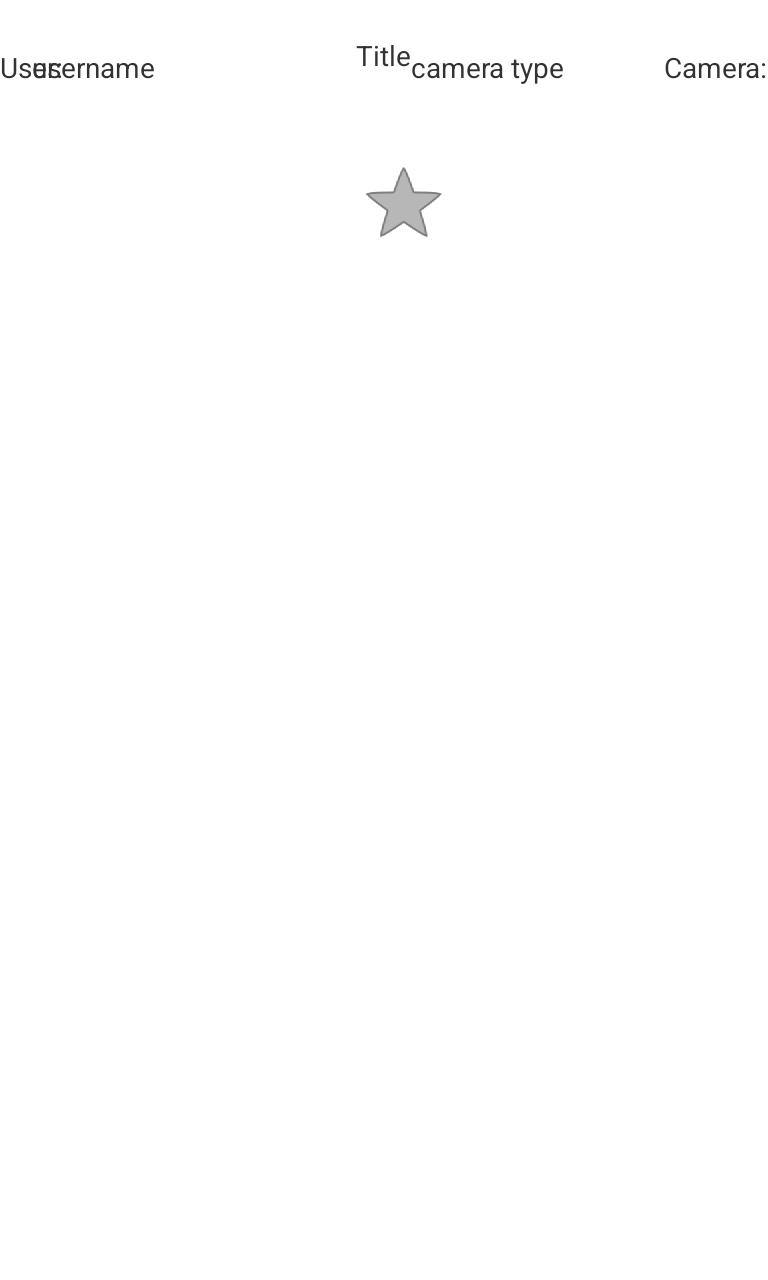
Repository: arianaantonio/Java2_Antonio
Layout: SpaceImageViewer/res/layout/details_activity.xml
The author's editor kept a copy of each file at every save. The layout is drawn from the files as they stood at one save, then again after the next save.
It is drawn on a 768 x 1280 px phone screen (xhdpi) without system bars, with theme AppTheme; the app's code is not run.

Above is the layout before, as saved 2014-07-15 06:56:20.

### SpaceImageViewer/res/layout/details_activity.xml
<?xml version="1.0" encoding="utf-8"?>
<RelativeLayout xmlns:android="http://schemas.android.com/apk/res/android"
    android:layout_width="match_parent"
    android:layout_height="match_parent"
    android:orientation="vertical" >

    <TextView
        android:id="@+id/title"
        android:layout_width="wrap_content"
        android:layout_height="wrap_content"
        android:layout_alignParentTop="true"
        android:layout_centerHorizontal="true"
        android:layout_marginTop="18dp"
        android:text="Title" />

    <RatingBar
        android:id="@+id/ratingBar"
        android:layout_width="wrap_content"
        android:layout_height="wrap_content"
        android:layout_alignLeft="@+id/title"
        android:layout_below="@+id/camera"
        android:layout_marginTop="34dp"
        android:numStars="1"
        android:rating="0.0"
        android:stepSize="1.0" />

    <TextView
        android:id="@+id/user"
        android:layout_width="wrap_content"
        android:layout_height="wrap_content"
        android:layout_alignParentLeft="true"
        android:layout_below="@+id/textView2"
        android:layout_marginTop="24dp"
        android:text="User:" />

    <TextView
        android:id="@+id/userName"
        android:layout_width="wrap_content"
        android:layout_height="wrap_content"
        android:layout_alignBaseline="@+id/user"
        android:layout_alignBottom="@+id/user"
        android:layout_marginLeft="16dp"
        android:layout_toRightOf="@+id/textView1"
        android:text="username" />

    <TextView
        android:id="@+id/camera"
        android:layout_width="wrap_content"
        android:layout_height="wrap_content"
        android:layout_alignBaseline="@+id/user"
        android:layout_alignBottom="@+id/user"
        android:layout_alignParentRight="true"
        android:text="Camera:" />

    <TextView
        android:id="@+id/cameraType"
        android:layout_width="wrap_content"
        android:layout_height="wrap_content"
        android:layout_below="@+id/title"
        android:layout_marginTop="89dp"
        android:layout_alignBaseline="@+id/user"
        android:layout_alignBottom="@+id/user"
        android:layout_toRightOf="@+id/title"
        android:text="camera type" />

</RelativeLayout>

Loaded but not shown: SpaceImageViewer/res/values/styles.xml (common file); SpaceImageViewer/res/values-v11/styles.xml (common file); SpaceImageViewer/res/values-v14/styles.xml (common file)

After the next save:
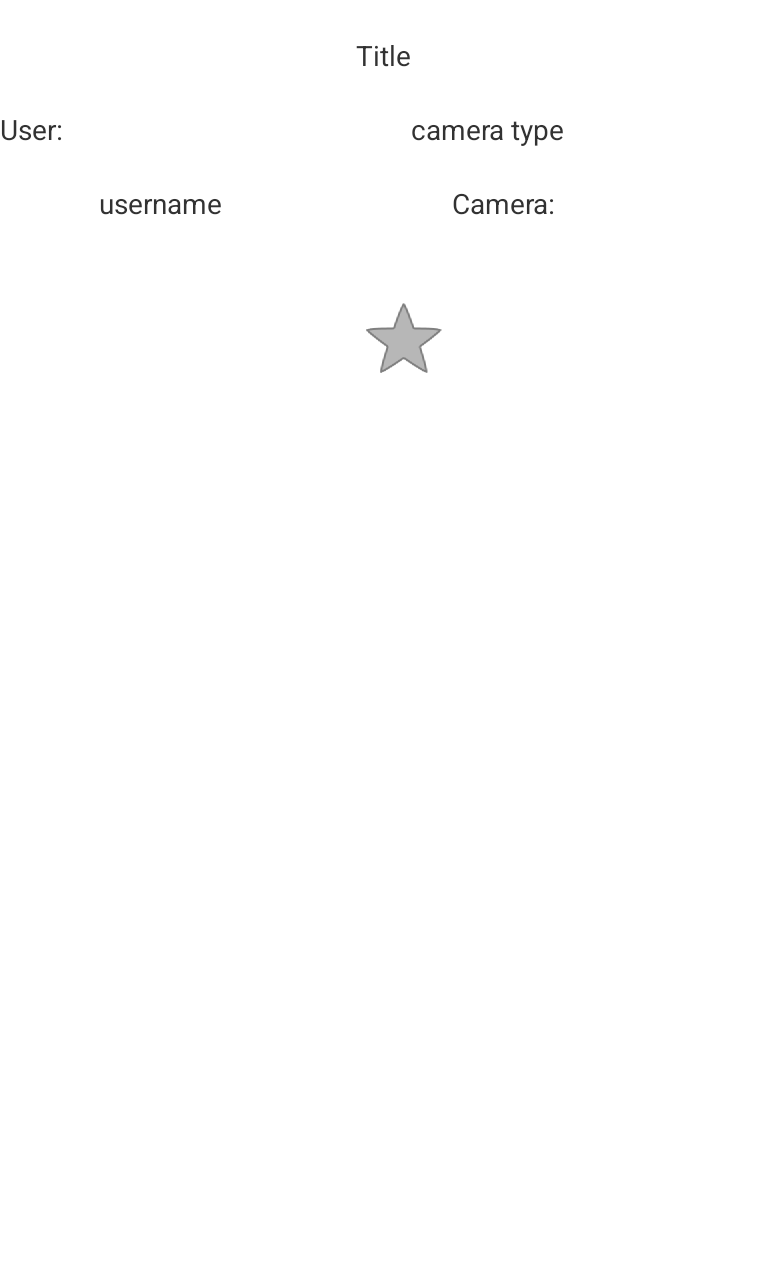
Saved 2 min 56 s later.
--- a/SpaceImageViewer/res/layout/details_activity.xml
+++ b/SpaceImageViewer/res/layout/details_activity.xml
@@ -25,42 +25,40 @@
         android:stepSize="1.0" />
 
     <TextView
+        android:id="@+id/cameraType"
+        android:layout_width="wrap_content"
+        android:layout_height="wrap_content"
+        android:layout_marginTop="18dp"
+        android:layout_alignBaseline="@+id/user"
+        android:layout_alignBottom="@+id/user"
+        android:layout_toRightOf="@+id/title"
+        android:text="camera type" />
+
+    <TextView
         android:id="@+id/user"
         android:layout_width="wrap_content"
         android:layout_height="wrap_content"
         android:layout_alignParentLeft="true"
-        android:layout_below="@+id/textView2"
-        android:layout_marginTop="24dp"
+        android:layout_below="@+id/title"
+        android:layout_marginTop="18dp"
         android:text="User:" />
 
     <TextView
         android:id="@+id/userName"
         android:layout_width="wrap_content"
         android:layout_height="wrap_content"
-        android:layout_alignBaseline="@+id/user"
-        android:layout_alignBottom="@+id/user"
-        android:layout_marginLeft="16dp"
-        android:layout_toRightOf="@+id/textView1"
+        android:layout_above="@+id/ratingBar"
+        android:layout_marginLeft="18dp"
+        android:layout_toRightOf="@+id/user"
         android:text="username" />
 
     <TextView
         android:id="@+id/camera"
         android:layout_width="wrap_content"
         android:layout_height="wrap_content"
-        android:layout_alignBaseline="@+id/user"
-        android:layout_alignBottom="@+id/user"
-        android:layout_alignParentRight="true"
+        android:layout_below="@+id/user"
+        android:layout_marginTop="18dp"
+        android:layout_toRightOf="@+id/ratingBar"
         android:text="Camera:" />
 
-    <TextView
-        android:id="@+id/cameraType"
-        android:layout_width="wrap_content"
-        android:layout_height="wrap_content"
-        android:layout_below="@+id/title"
-        android:layout_marginTop="89dp"
-        android:layout_alignBaseline="@+id/user"
-        android:layout_alignBottom="@+id/user"
-        android:layout_toRightOf="@+id/title"
-        android:text="camera type" />
-
 </RelativeLayout>
